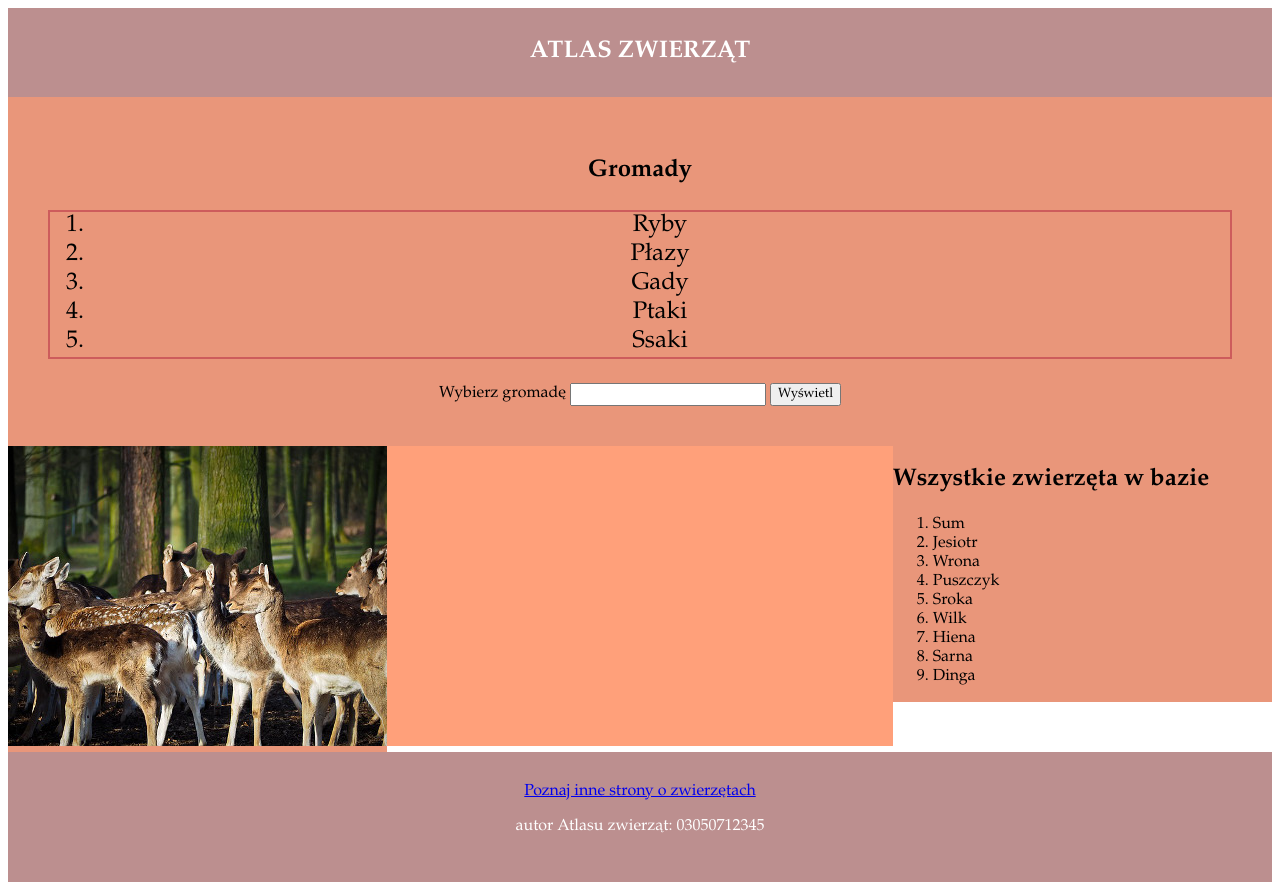
Repository: Lenerystia/HTML
Page: Zad.egz_3/index.html
These files come from the project's save history. The page is drawn as it stood at one moment and after the next save; the edit follows.
The browser window is 1280 px wide. The pictures show the whole page.

Above is the page before, as saved 2021-12-22 13:58:07.

### Zad.egz_3/index.html
<!DOCTYPE html>
<head>
    <meta http-equiv="content-type" type="text/html" charset="UTF-8">
    <title>Dane o zwierzętach</title>
    <link rel="stylesheet" href="styl3.css">
</head>
<body>
    <section class="baner">
        <h1>ATLAS ZWIERZĄT</h1>
    </section>
    <section class="formularz">
        <h2>Gromady</h2>
        <ol>
            <li>Ryby</li>
            <li>Płazy</li>
            <li>Gady</li>
            <li>Ptaki</li>
            <li>Ssaki</li>
        </ol>
        <form action="http://www.przykładowastrona.com" method="post">Wybierz gromadę
            <input type="number" name="Wybierz gromadę" id="gromada">
            <input type="submit" value="Wyświetl">
        </form>
    </section>
    <section class="glownyLewy">
        <img src="zwierzeta.jpg" alt="dzikie zwierzęta">
    </section>
    <section class="glownySrodkowy">

    </section>
    <section class="glownyPrawy">
        <h2>Wszystkie zwierzęta w bazie</h2>
        <ol>
            <li>Sum</li>
            <li>Jesiotr</li>
            <li>Wrona</li>
            <li>Puszczyk</li>
            <li>Sroka</li>
            <li>Wilk</li>
            <li>Hiena</li>
            <li>Sarna</li>
            <li>Dinga</li>
        </ol>
    </section>
    <section class="stopka">
        <a href="atlas-zwierzat.pl" target="_blank">Poznaj inne strony o zwierzętach</a>
        <p>autor Atlasu zwierząt: 03050712345</p>
    </section>
</body>
</html>

### Zad.egz_3/styl3.css
*{
    font-family: Garamond;
}
.baner{
    background-color: rosybrown;
    color: white;
    text-align: center;
    padding: 10px;
}
.formularz{
    background-color: darksalmon;
    text-align: center;
    padding: 40px;
}
.glownyLewy, .glownyPrawy{
    background-color: darksalmon;
}
.glownyLewy{
    float: left;
    width: 30%;
}
.glownySrodkowy{
    background-color: lightsalmon;
    height: 300px;
    width: 40%;
    float: left;
}
.glownyPrawy{
    float: left;
    width: 30%;
}
.stopka{
    background-color: rosybrown;
    color: white;
    text-align: center;
    padding: 30px;
    clear: both;
}
.formularz ol{
    border: 2px solid rgb(205, 92, 92);
    font-size: 150%;
}

After the next save:
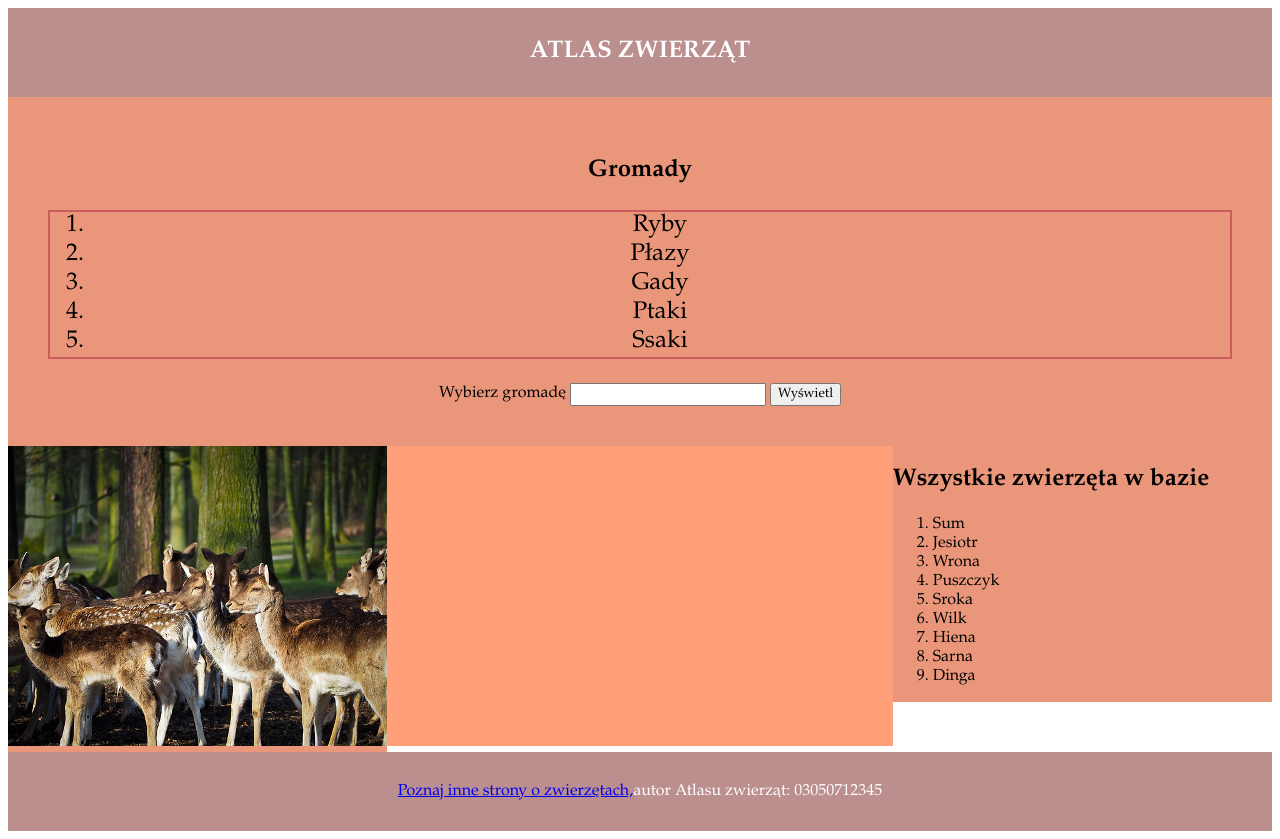
Saved 68 s later.
--- a/Zad.egz_3/index.html
+++ b/Zad.egz_3/index.html
@@ -43,8 +43,8 @@
         </ol>
     </section>
     <section class="stopka">
-        <a href="atlas-zwierzat.pl" target="_blank">Poznaj inne strony o zwierzętach</a>
-        <p>autor Atlasu zwierząt: 03050712345</p>
+        <a href="atlas-zwierzat.pl" target="_blank">Poznaj inne strony o zwierzętach,</a>autor Atlasu zwierząt: 03050712345
+
     </section>
 </body>
 </html>
